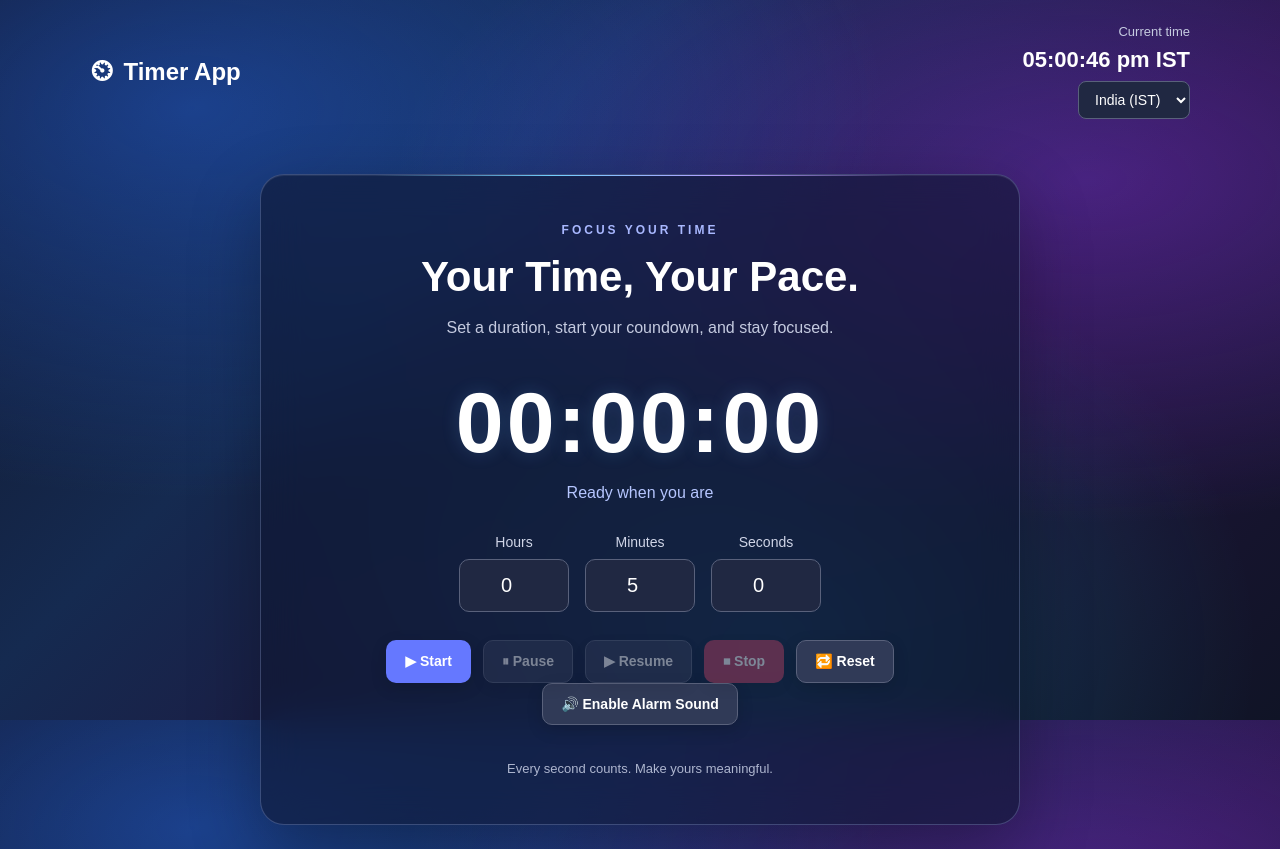
Repository: 22MH1A42G1/timer-app
Page: http://localhost/
The author's editor kept a copy of each file at every save. The page is drawn from the files as they stood at one save, then again after the next save.
The browser window is 1280 px wide. The pictures show the whole page.
Backgrounds fixed to the window are drawn as part of the page. The page is served by the project's application, run on Flask 3 (app.py).

Above is the page before, as saved 2026-10-19 12:32:15.

After the next save:
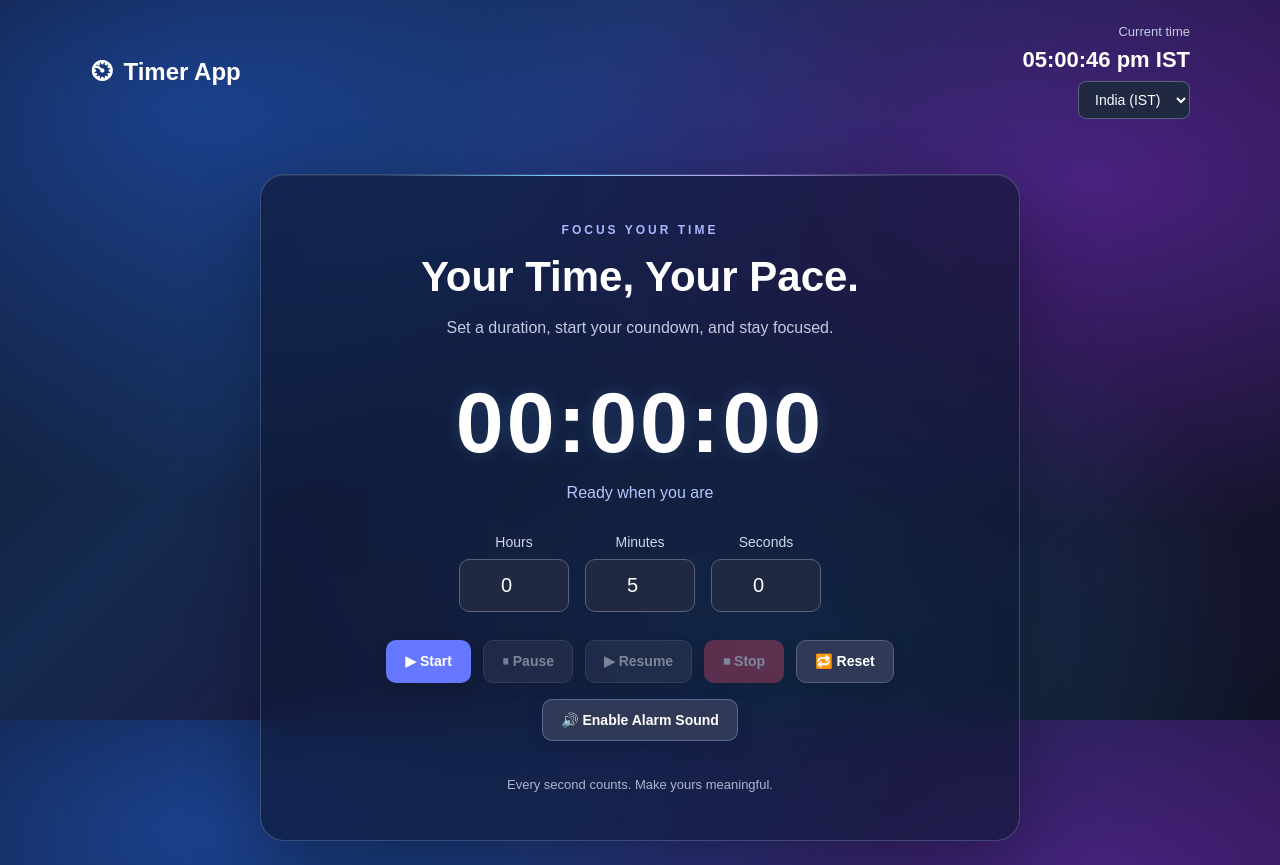
Saved 66 s later.
--- a/static/css/style.css
+++ b/static/css/style.css
@@ -419,3 +419,38 @@ select {
         padding: 12px 10px;
     }
 }
+
+
+/* Alarm controls */
+.alarm-controls {
+    display: flex;
+    justify-content: center;
+    flex-wrap: wrap;
+    gap: 12px;
+    margin-top: 16px;
+}
+
+#enable-alarm-btn {
+    border-color: rgba(140, 175, 255, 0.4);
+}
+
+#dismiss-alarm-btn {
+    background: #c52d4b;
+    animation: alarmPulse 1s ease-in-out infinite alternate;
+}
+
+@keyframes alarmPulse {
+    from {
+        box-shadow: 0 0 5px rgba(255, 50, 90, 0.2);
+    }
+
+    to {
+        box-shadow: 0 0 18px rgba(255, 50, 90, 0.65);
+    }
+}
+
+@media (prefers-reduced-motion: reduce) {
+    #dismiss-alarm-btn {
+        animation: none;
+    }
+}
